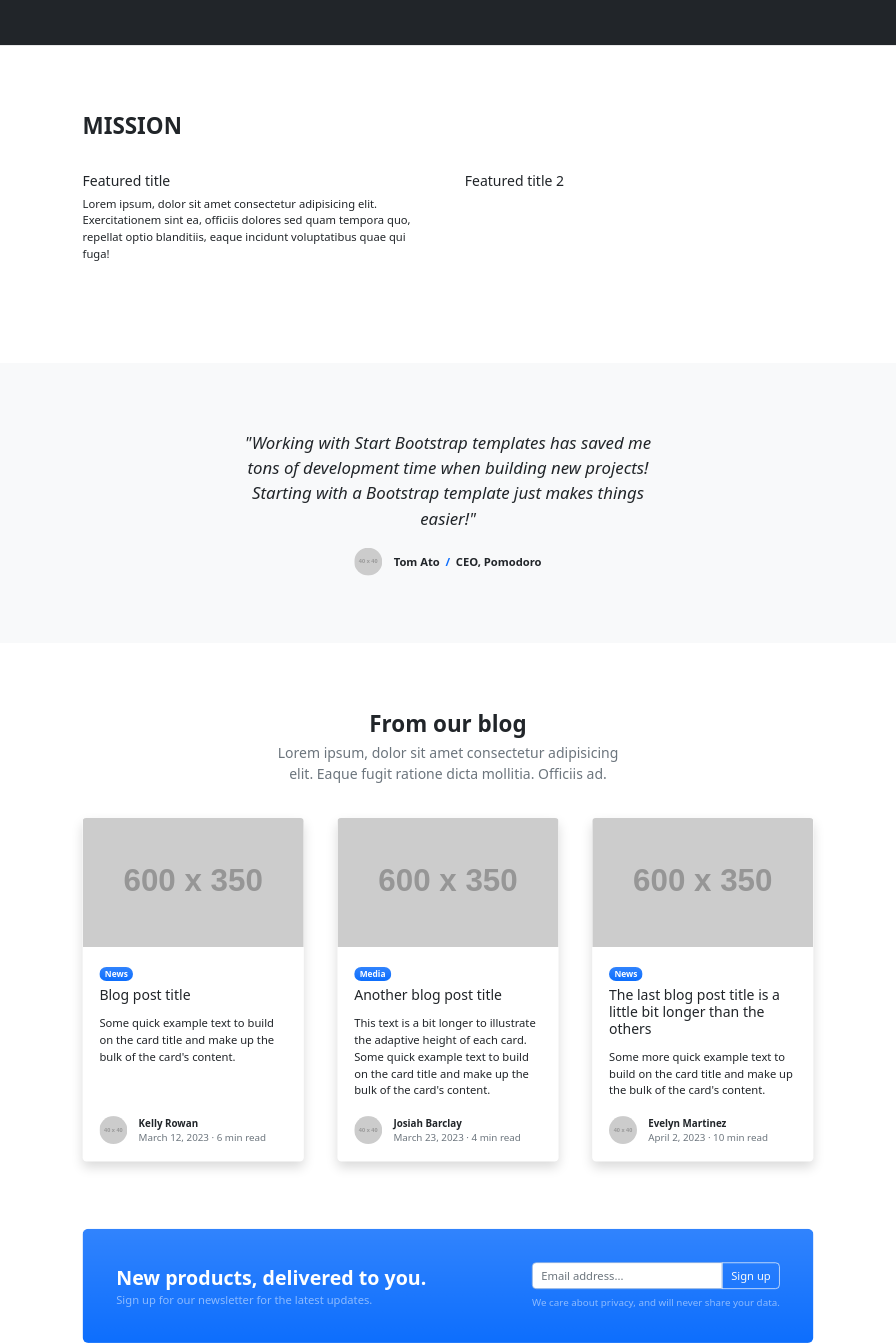
Repository: DragonFruit8/BeTheSpark
Page: index.html
These files come from the project's save history. The page is drawn as it stood at one moment and after a run of saves; the edit follows.
The browser window is 1280 px wide. The pictures show the part of the page from y = 419 to 2339 px (the page is 2505 px tall before and 2789 px after), at 70% of full size.

Above is the page before, as saved 2024-01-14 07:48:02.

After the next 2 saves:
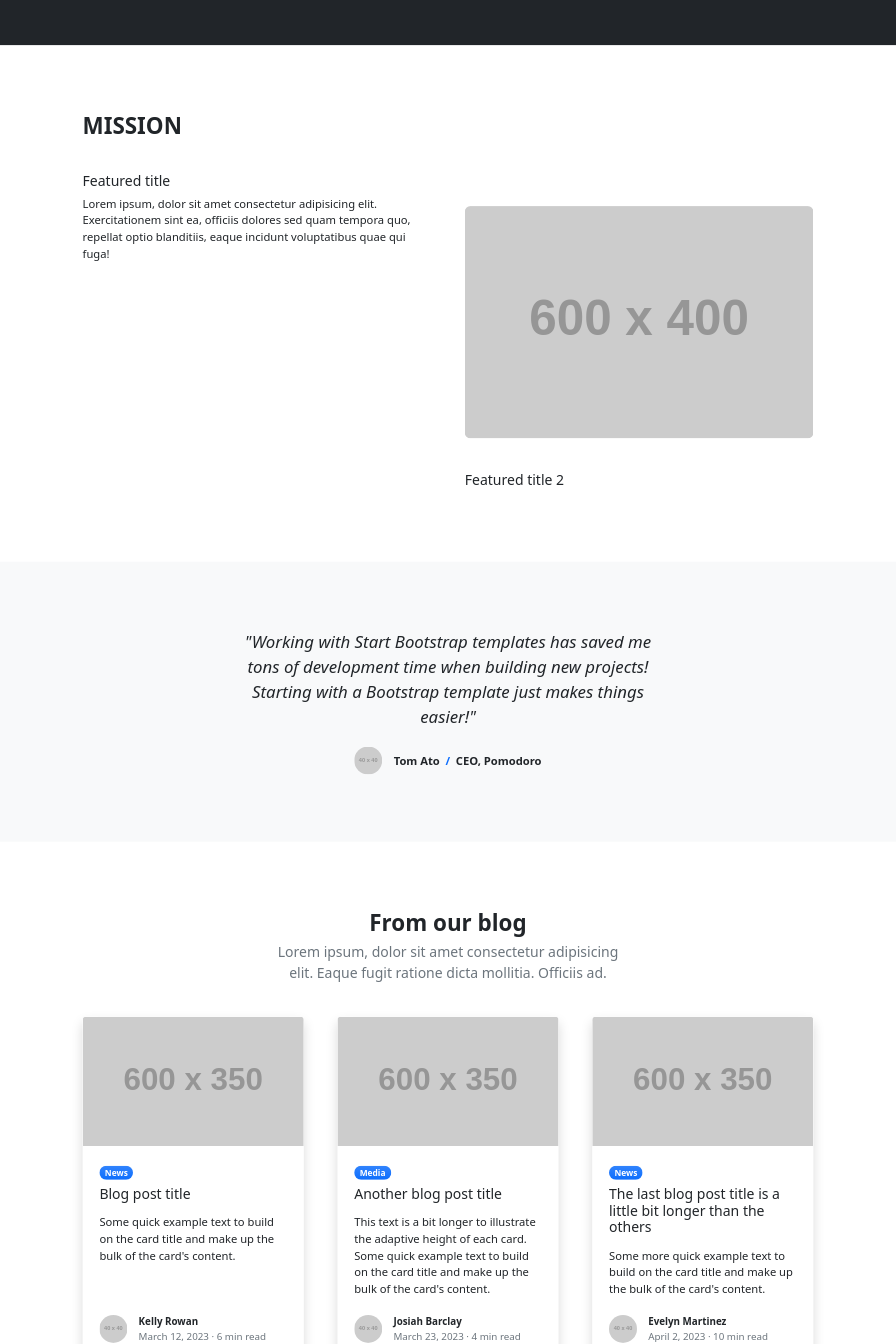
The 2 saves are shown as one change because they came seconds apart.
The last was saved 6 s later.
--- a/index.html
+++ b/index.html
@@ -81,7 +81,7 @@
                                 </div>
                                 <!-- Photo on the right side -->
                                 <div class="col mb-5 mb-md-0 h-100 w-50">
-
+                                    <img class="img-fluid rounded-3 my-5" src="https://dummyimage.com/600x400/343a40/6c757d" alt="..." />
                                     <h2 class="h5">Featured title 2</h2>
 
                                 <!-- <div class="col mb-5 h-100">
